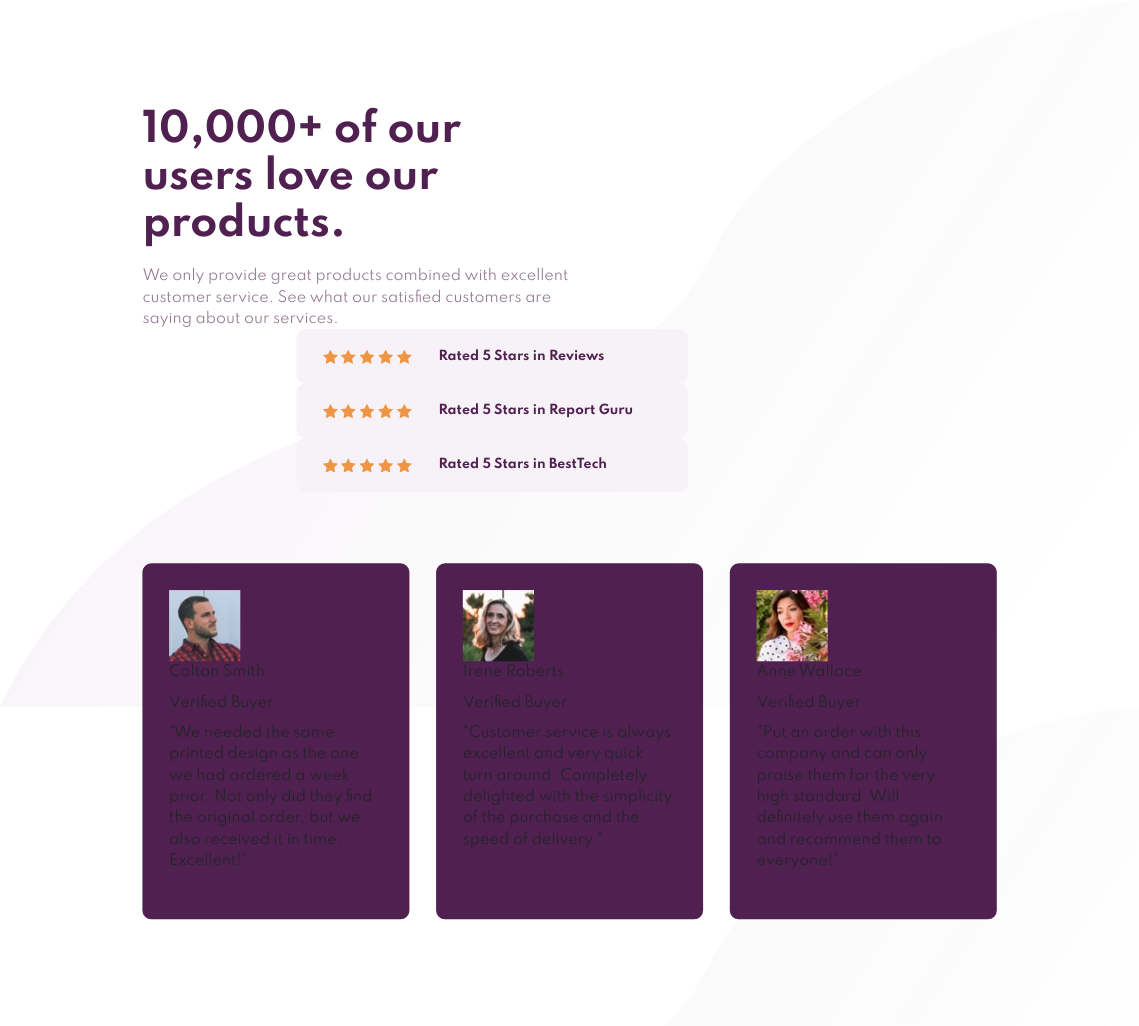
Repository: metehankasapp/social-proof-section-master
Page: index.html
An editor plug-in stored every save of this project. The page is shown before and after the next save, followed by the edit.
The browser window is 1280 px wide. The pictures show the whole page, at 89% of full size.
Some web libraries are served in a nearby version.

Above is the page before, as saved 2021-12-05 08:29:03.

### index.html
<!DOCTYPE html>
<html lang="en">

<head>
  <meta charset="UTF-8" />
  <meta name="viewport" content="width=device-width, initial-scale=1.0" />

  <title>Frontend Mentor | Social proof section</title>
  <link rel="preconnect" href="https://fonts.googleapis.com" />
  <link rel="preconnect" href="https://fonts.gstatic.com" crossorigin />
  <link href="https://fonts.googleapis.com/css2?family=Spartan:wght@100;200;300;400;500;600;700;800;900&display=swap"
    rel="stylesheet" />
  <link href="https://cdn.jsdelivr.net/npm/bootstrap@5.1.3/dist/css/bootstrap.min.css" rel="stylesheet"
    integrity="sha384-1BmE4kWBq78iYhFldvKuhfTAU6auU8tT94WrHftjDbrCEXSU1oBoqyl2QvZ6jIW3" crossorigin="anonymous" />
  <link rel="stylesheet" href="style.css" />
</head>

<body>
  <div class="main-ctr">
    <div class="w-100 row p-0 header-ctr">
      <div class="col-12 col-lg-6 header-area">
        <div class="header-purple">
          <h5>10,000+ of our users love our products.</h5>
        </div>

        <p class="m-0 header-text">
          We only provide great products combined with excellent customer
          service. See what our satisfied customers are saying about our
          services.
        </p>
      </div>

      <div class="
            col-12 col-lg-6
            second-col
            d-flex
            justify-content-between
            align-items-baseline
            flex-column
          ">
        <div class="rate-container">
          <div class="stars">
            <img src="images/icon-star.svg" alt="" />
            <img src="images/icon-star.svg" alt="" />

            <img src="images/icon-star.svg" alt="" />
            <img src="images/icon-star.svg" alt="" />
            <img src="images/icon-star.svg" alt="" />
          </div>
          <p class="m-0">Rated 5 Stars in Reviews</p>
        </div>
        <div class="rate-container">
          <div class="stars">
            <img src="images/icon-star.svg" alt="" />
            <img src="images/icon-star.svg" alt="" />

            <img src="images/icon-star.svg" alt="" />
            <img src="images/icon-star.svg" alt="" />
            <img src="images/icon-star.svg" alt="" />
          </div>
          <p class="m-0">Rated 5 Stars in Report Guru</p>
        </div>
        <div class="rate-container">
          <div class="stars">
            <img src="images/icon-star.svg" alt="" />
            <img src="images/icon-star.svg" alt="" />

            <img src="images/icon-star.svg" alt="" />
            <img src="images/icon-star.svg" alt="" />
            <img src="images/icon-star.svg" alt="" />
          </div>
          <p class="m-0">Rated 5 Stars in BestTech</p>
        </div>
      </div>
    </div>

    <div class="
          w-100
          m-0
          p-0
          d-flex
          flex-column flex-lg-row
          justify-content-between
          align-items-baseline
        ">
      <div class="card-item">
        <div class="card-headerr">
          <div class="card-img">
            <img src="images/image-colton.jpg" alt="" />
          </div>
          <div class="card-text">
            <p class="card-fs">Colton Smith</p>
            <p class="card-job">Verified Buyer</p>
          </div>
        </div>
        <div class="card-second">
          <p>
            "We needed the same printed design as the one we had ordered a
            week prior. Not only did they find the original order, but we also
            received it in time. Excellent!"
          </p>
        </div>
      </div>

      <div class="card-item">
        <div class="card-headerr">
          <div class="card-img">
            <img src="images/image-irene.jpg" alt="" />
          </div>
          <div class="card-text">
            <p class="card-fs">Irene Roberts</p>
            <p class="card-job">Verified Buyer</p>
          </div>
        </div>
        <div class="card-second">
          <p>
            "Customer service is always excellent and very quick turn around.
            Completely delighted with the simplicity of the purchase and the
            speed of delivery."
          </p>
        </div>
      </div>

      <div class="card-item">
        <div class="card-headerr">
          <div class="card-img">
            <img src="images/image-anne.jpg" alt="" />
          </div>
          <div class="card-text">
            <p class="card-fs">Anne Wallace</p>
            <p class="card-job">Verified Buyer</p>
          </div>
        </div>
        <div class="card-second">
          <p>
            "Put an order with this company and can only praise them for the
            very high standard. Will definitely use them again and recommend
            them to everyone!"
          </p>
        </div>
      </div>
    </div>
  </div>

  <script src="https://cdn.jsdelivr.net/npm/bootstrap@5.1.3/dist/js/bootstrap.bundle.min.js"
    integrity="sha384-ka7Sk0Gln4gmtz2MlQnikT1wXgYsOg+OMhuP+IlRH9sENBO0LRn5q+8nbTov4+1p" crossorigin="anonymous">
  </script>
  <script src="https://cdn.jsdelivr.net/npm/@popperjs/core@2.10.2/dist/umd/popper.min.js"
    integrity="sha384-7+zCNj/IqJ95wo16oMtfsKbZ9ccEh31eOz1HGyDuCQ6wgnyJNSYdrPa03rtR1zdB" crossorigin="anonymous">
  </script>
  <script src="https://cdn.jsdelivr.net/npm/bootstrap@5.1.3/dist/js/bootstrap.min.js"
    integrity="sha384-QJHtvGhmr9XOIpI6YVutG+2QOK9T+ZnN4kzFN1RtK3zEFEIsxhlmWl5/YESvpZ13" crossorigin="anonymous">
  </script>
</body>

</html>

### style.css
*{
    margin: 0;
    padding: 0;
    box-sizing: border-box;
}


html{
    font-size: 10px;
}

body{
    background-image: url('images/bg-pattern-bottom-desktop.svg');
    background-size: cover;
    height: 100vh;
    font-size: 1.6rem;
    font-family: 'Spartan', sans-serif;
}

.main-ctr{
    padding: 12rem 16rem;
}

.second-col{
    padding-left: 100px;
}
.header-ctr{

    margin-bottom: 8rem;
}

.header-area{
    width: 500px;
}
.header-purple h5{
    font-weight: 700;
    font-size: 44px;
    color: hsl(300, 43%, 22%);
    margin-bottom: 2rem;
}

.header-text{

    font-size: 16px;
    color: hsl(303, 10%, 53%);
}

.rate-container{
    color: hsl(300, 43%, 22%);
    font-weight: 700;
    padding: 2rem 3rem;
    background-color: hsl(300, 24%, 96%);
    font-size: 14px;
    border-radius: 10px;
    width: 440px;
    display: flex;
    justify-content: baseline;
    align-items: baseline;
}

.rate-container:nth-child(2){
    margin-left: 4rem;
}
.rate-container:nth-child(3){
    margin-left: 8rem;
}

.stars {
    margin-right: 3rem;
}

.card-item{
    background-color: hsl(300, 43%, 22%);
    border-radius: 10px;
    padding: 3rem;
    max-width: 300px;
    height: 400px;
}

After the next save:
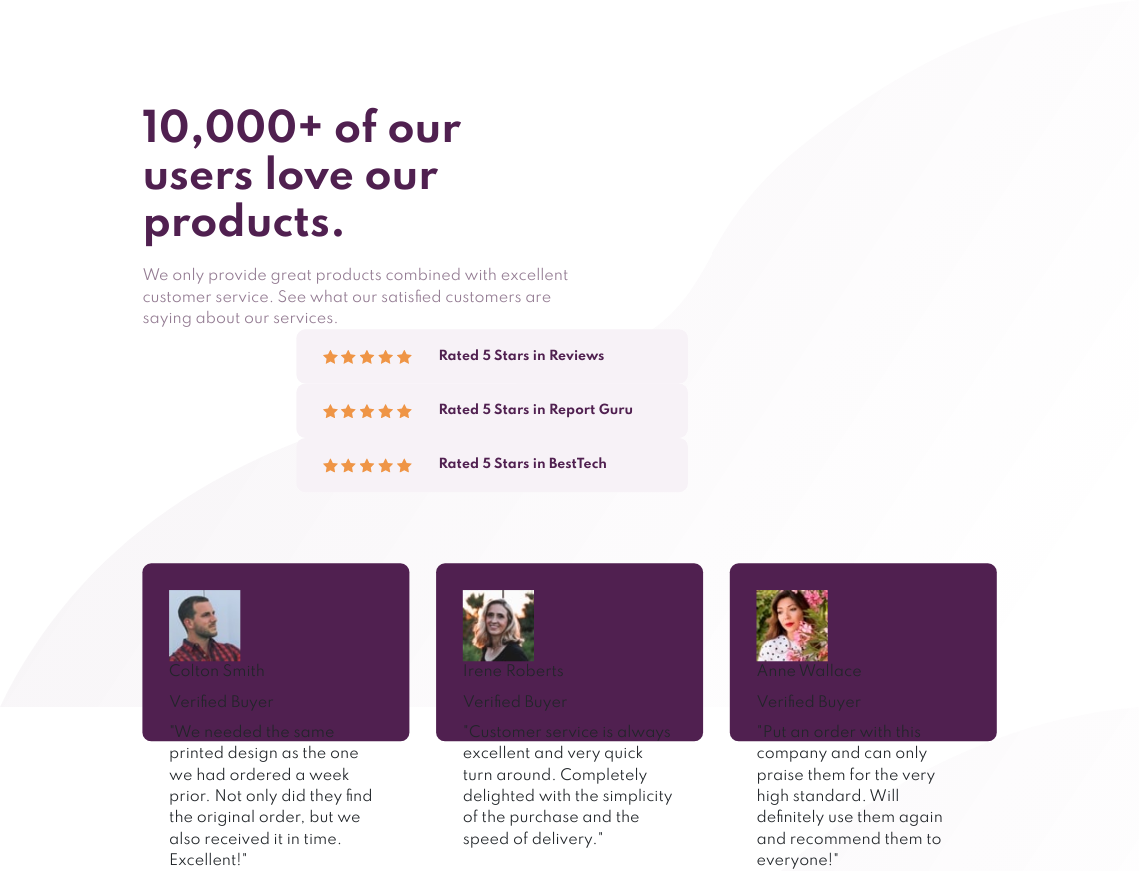
Saved 7 s later.
--- a/style.css
+++ b/style.css
@@ -74,5 +74,5 @@ body{
     border-radius: 10px;
     padding: 3rem;
     max-width: 300px;
-    height: 400px;
+    height: 200px;
 }
